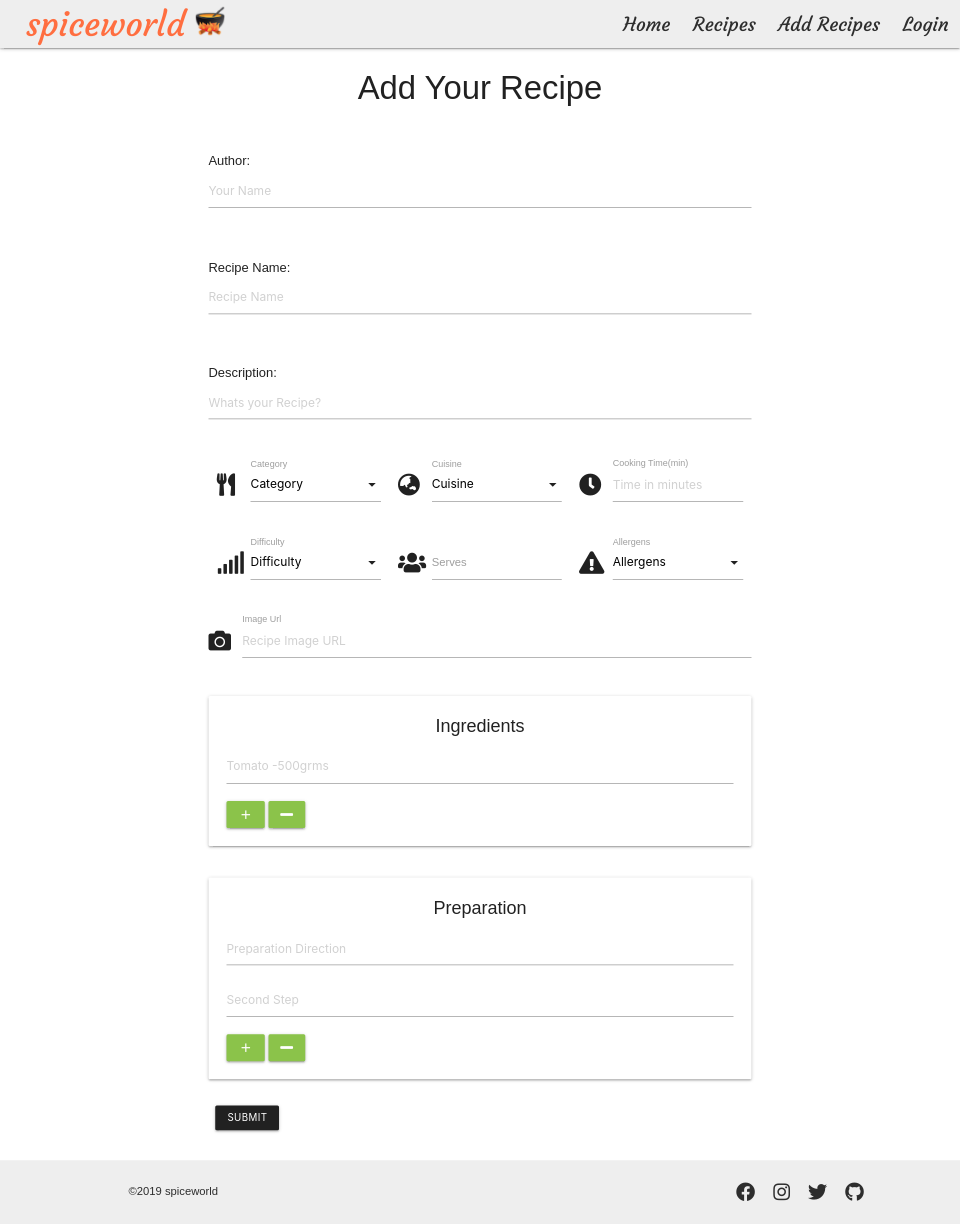
Repository: stephyraju/spiceworld
Page: http://localhost/add_recipe
The author's editor kept a record of every edit. The page is drawn from the files as they stood at one moment, then again after the next edit.
The browser window is 1280 px wide. The pictures show the whole page, at 75% of full size.
Some web libraries are served in a nearby version. The page is served by the project's application, run on Flask 3 (app.py). Queries for data that is not in the repository find no rows.

Above is the page before.

After the next edit:
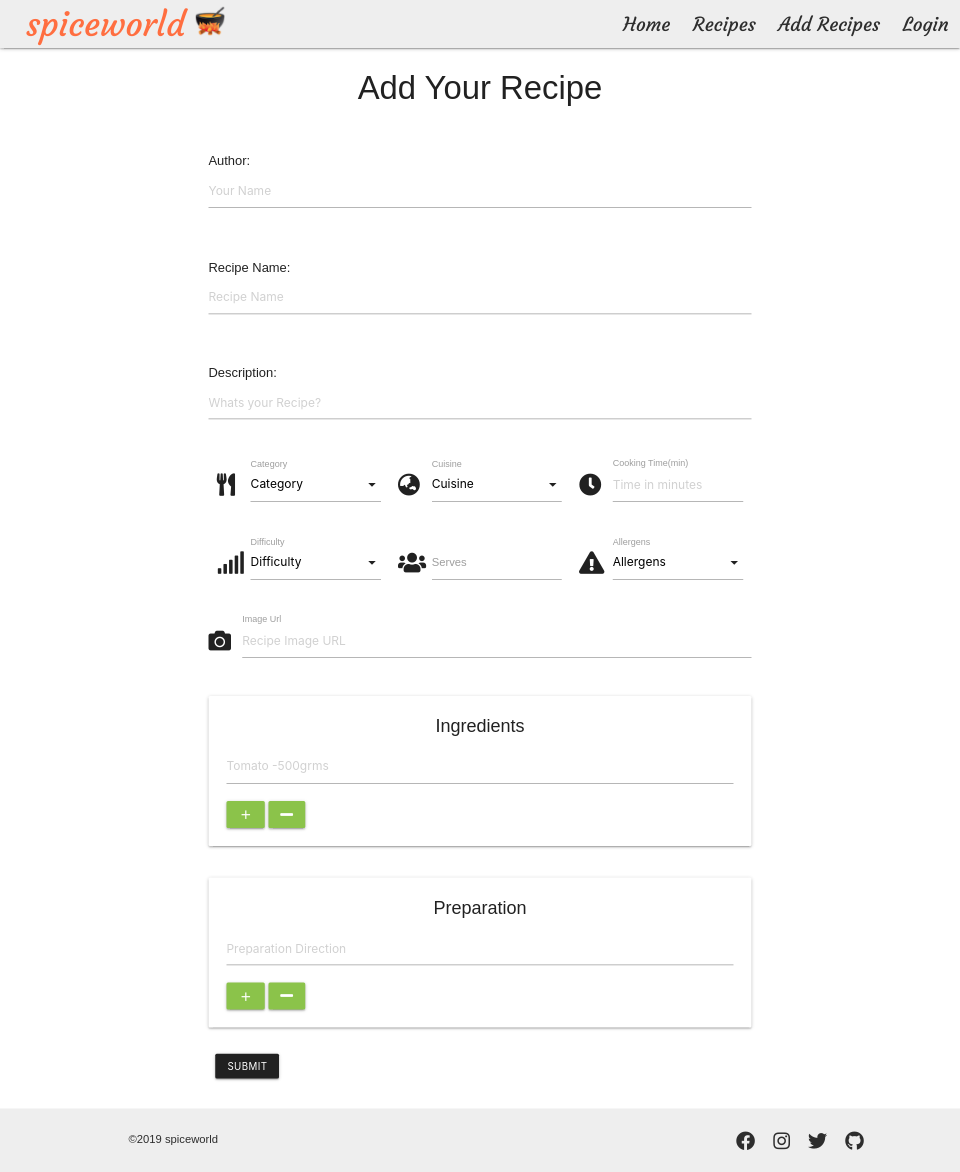
The edit:
--- a/templates/addrecipe.html
+++ b/templates/addrecipe.html
@@ -148,11 +148,7 @@
                                     <input id="preparation" type="text" placeholder="Preparation Direction" name="preparation" minlength="3" maxlength="600"></textarea>
                                 </div>
                             </div>
-                            <div class=" ">
-                                <div class="input-field whites-4">
-                                    <input id="preparation-next" type="text" placeholder="Second Step" name="preparation" minlength="3" maxlength="600" required>
-                                </div>
-                            </div>
+
                             <a id="add_step" class="btn waves-effect waves-light light-green"><i class="material-icons">add</i></a>
                             <a id="remove_step" class="btn waves-effect waves-light light-green"><i class="fas fa-minus"></i></a>
                         </div>
